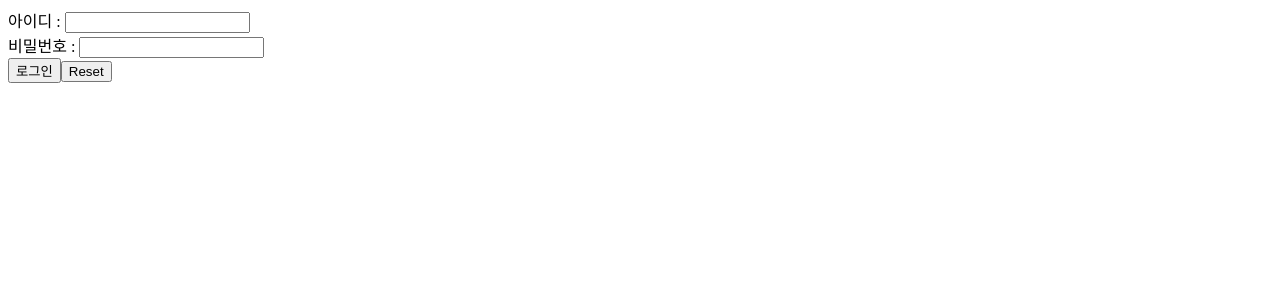
Repository: MyeongHyeonYoo/jsp_data
Page: pro06/src/main/webapp/login.html
An editor plug-in stored every save of this project. The page is shown before and after the next save, followed by the edit.
The browser window is 1280 px wide. The pictures show the whole page.

Above is the page before, as saved 2022-12-05 05:58:05.

### pro06/src/main/webapp/login.html
<!DOCTYPE html>
	<html>
	<head>
	<meta charset="UTF-8">
	<title>로그인 창</title>
	</head>
	<body>
		<form name="frmLogin" action="login" enctype="UTF-8">
			아이디 : <input type="text" name="user_id"><br>
			비밀번호 : <input type="password" name="user_pw"><br>
			<input type="submit" value="로그인"><input type="reset" value"다시입력">
		</form>
	</body>
</html>

After the next save:
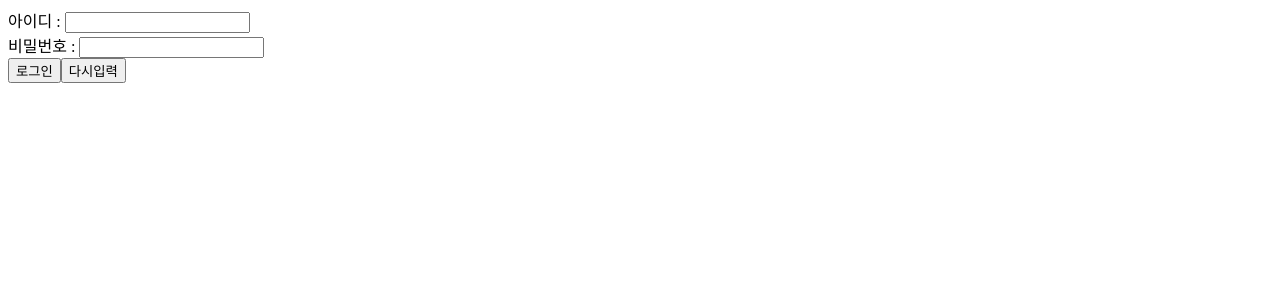
Saved 3 s later.
--- a/pro06/src/main/webapp/login.html
+++ b/pro06/src/main/webapp/login.html
@@ -8,7 +8,7 @@
 		<form name="frmLogin" action="login" enctype="UTF-8">
 			아이디 : <input type="text" name="user_id"><br>
 			비밀번호 : <input type="password" name="user_pw"><br>
-			<input type="submit" value="로그인"><input type="reset" value"다시입력">
+			<input type="submit" value="로그인"><input type="reset" value="다시입력">
 		</form>
 	</body>
 </html>
